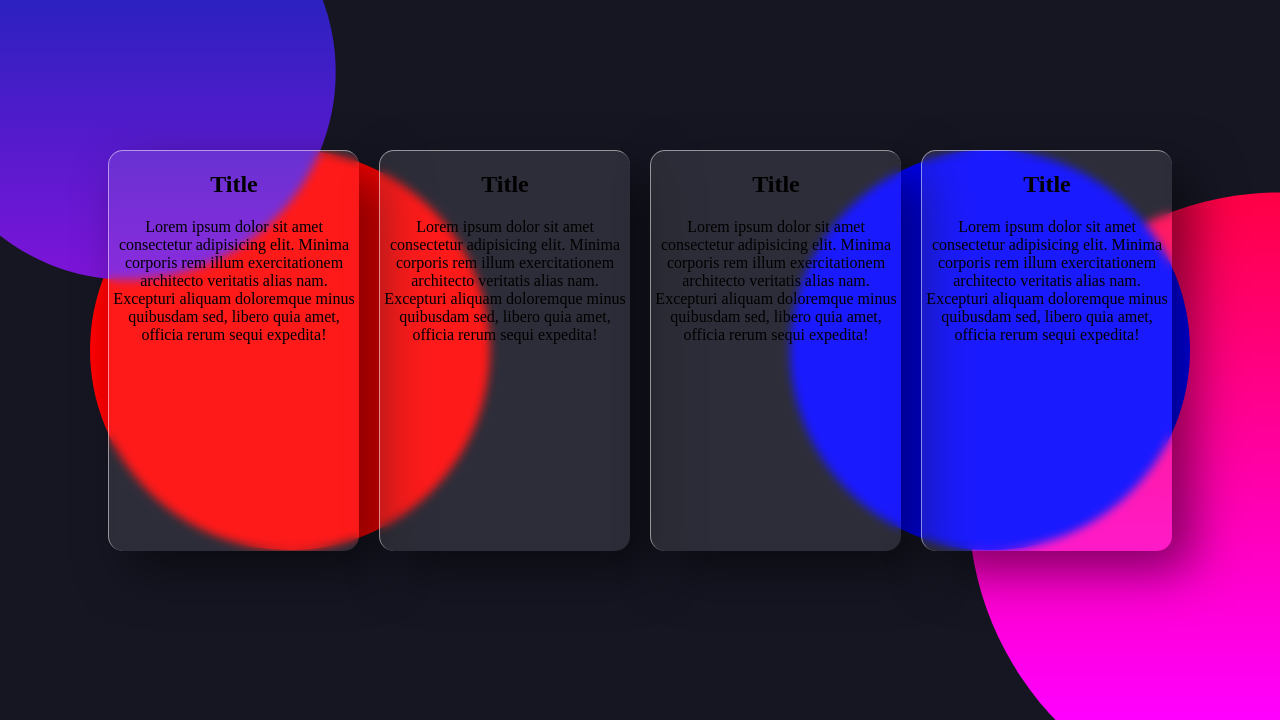
Repository: dovanluyen1996/Test-Git-PR
Page: index.html
These files come from the project's save history. The page is drawn as it stood at one moment and after the next save; the edit follows.
The browser window is 1280 px wide. The pictures show the whole page.

Above is the page before, as saved 2021-09-07 00:02:18.

### index.html
<!DOCTYPE html>
<html lang="en">
  <head>
    <meta charset="UTF-8" />
    <meta http-equiv="X-UA-Compatible" content="IE=edge" />
    <meta name="viewport" content="width=device-width, initial-scale=1.0" />
    <title>TestVsCode</title>
    <link rel="stylesheet" href="css/style.css" />
  </head>

  <body>
    <div class="container">
      <div class="test1"></div>
      <div class="test2"></div>
    </div>
    <div class="center">
      <div class="item-center">
        <h2>Title</h2>
        <p class="text">
          Lorem ipsum dolor sit amet consectetur adipisicing elit. Minima
          corporis rem illum exercitationem architecto veritatis alias nam.
          Excepturi aliquam doloremque minus quibusdam sed, libero quia amet,
          officia rerum sequi expedita!
        </p>
      </div>
      <div class="item-center">
        <h2>Title</h2>
        <p class="text">
          Lorem ipsum dolor sit amet consectetur adipisicing elit. Minima
          corporis rem illum exercitationem architecto veritatis alias nam.
          Excepturi aliquam doloremque minus quibusdam sed, libero quia amet,
          officia rerum sequi expedita!
        </p>
      </div>
      <div class="item-center">
        <h2>Title</h2>
        <p class="text">
          Lorem ipsum dolor sit amet consectetur adipisicing elit. Minima
          corporis rem illum exercitationem architecto veritatis alias nam.
          Excepturi aliquam doloremque minus quibusdam sed, libero quia amet,
          officia rerum sequi expedita!
        </p>
      </div>
      <div class="item-center">
        <h2>Title</h2>
        <p class="text">
          Lorem ipsum dolor sit amet consectetur adipisicing elit. Minima
          corporis rem illum exercitationem architecto veritatis alias nam.
          Excepturi aliquam doloremque minus quibusdam sed, libero quia amet,
          officia rerum sequi expedita!
        </p>
      </div>
    </div>
  </body>
</html>

### css/style.css
body {
  background: #161623;
}
body::before {
  content: "";
  position: absolute;
  top: 0;
  left: 0;
  width: 100%;
  height: 100%;
  background: linear-gradient(#f00, #f0f);
  clip-path: circle(30% at right 70%);
}
body::after {
  content: "";
  position: absolute;
  top: 0;
  left: 0;
  width: 100%;
  height: 100%;
  background: linear-gradient(rgb(44, 33, 192), #f0f);
  clip-path: circle(20% at 10% 10%);
}
.container {
  width: 1100px;
  margin: 0 auto;
  position: relative;
}
.test1 {
  width: 400px;
  height: 400px;
  background-color: red;
  border-radius: 50%;
  position: absolute;
}
.test2 {
  width: 400px;
  height: 400px;
  background-color: blue;
  border-radius: 50%;
  position: absolute;
  right: 0;
}
.item-center {
  overflow: hidden;
  width: 250px;
  height: 400px;
  text-align: center;
  border-radius: 15px;
  border-top: 1px solid rgba(255, 255, 255, 0.5);
  border-left: 1px solid rgba(255, 255, 255, 0.5);
  box-shadow: 20px 20px 50px rgba(0, 0, 0, 0.5);
  background: rgba(255, 255, 255, 0.1);
  backdrop-filter: blur(5px);
}
.center {
  margin-top: 150px;
  position: relative;
  z-index: 999;
  display: flex;
  column-gap: 20px;
  justify-content: center;
  align-items: center;
}

After the next save:
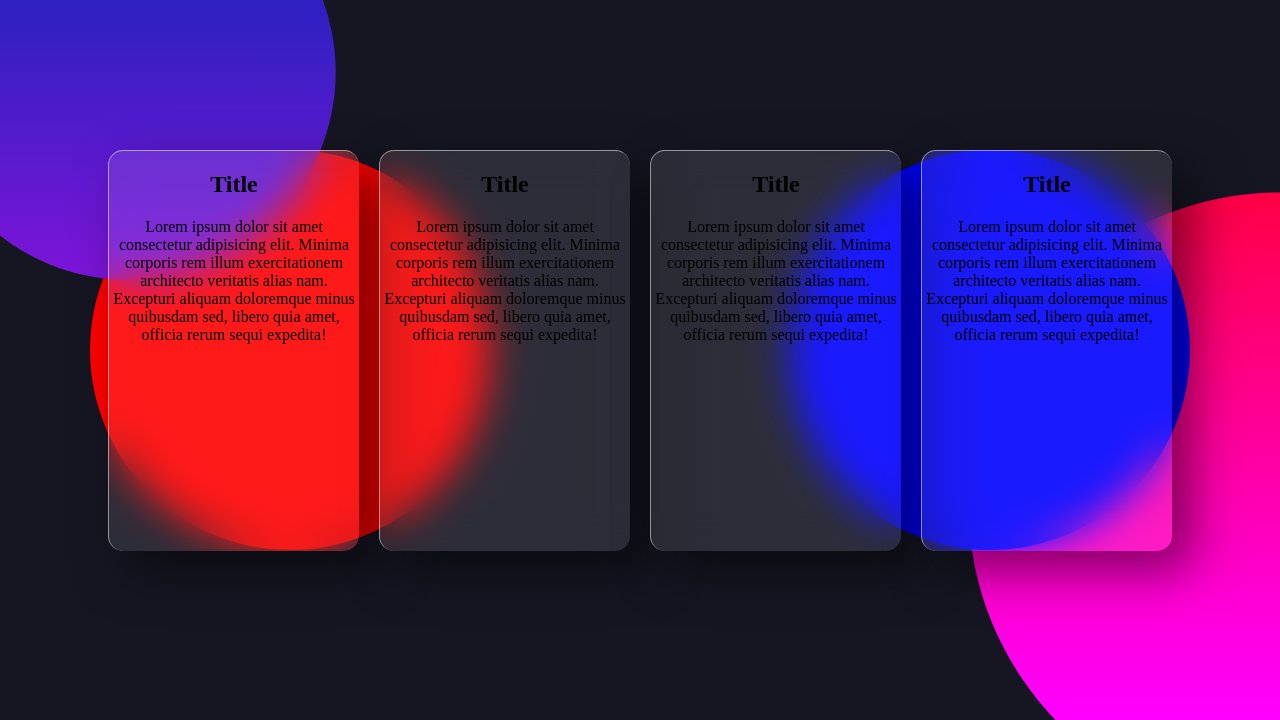
Saved 10 s later.
--- a/css/style.css
+++ b/css/style.css
@@ -51,7 +51,7 @@
   border-left: 1px solid rgba(255, 255, 255, 0.5);
   box-shadow: 20px 20px 50px rgba(0, 0, 0, 0.5);
   background: rgba(255, 255, 255, 0.1);
-  backdrop-filter: blur(5px);
+  backdrop-filter: blur(20px);
 }
 .center {
   margin-top: 150px;

After the save that followed:
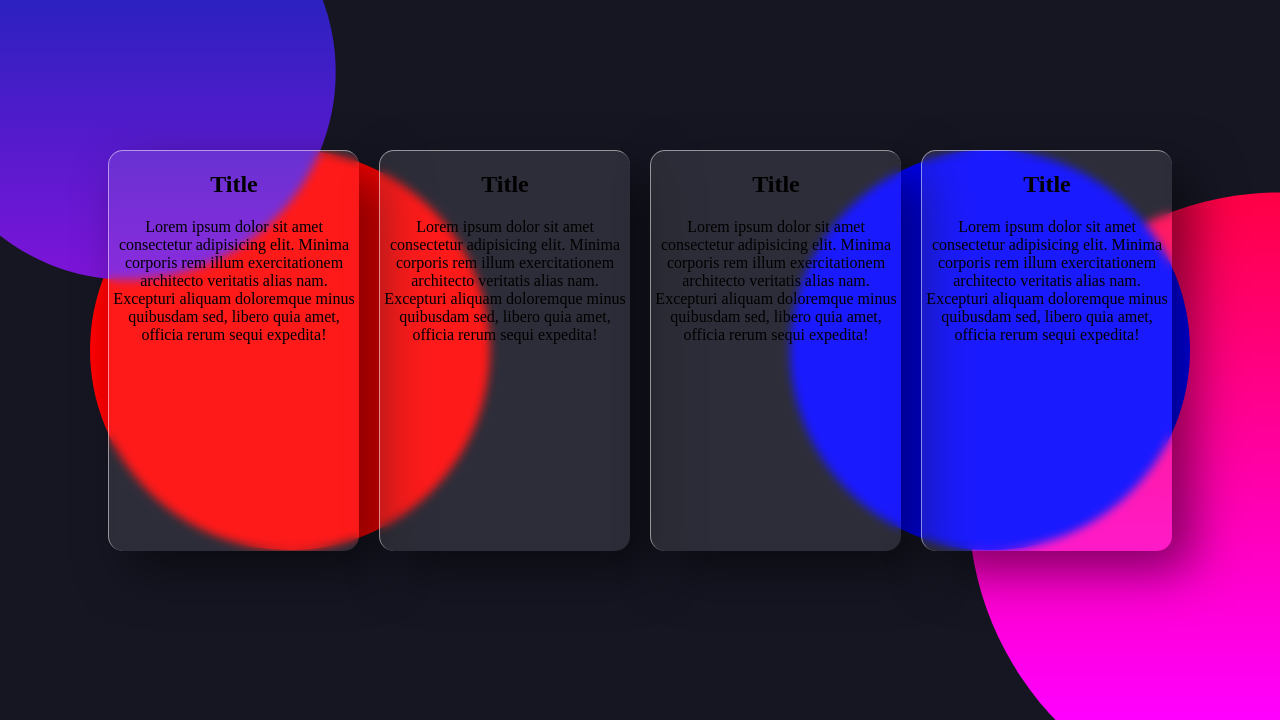
Saved 7 s later.
--- a/css/style.css
+++ b/css/style.css
@@ -51,7 +51,7 @@
   border-left: 1px solid rgba(255, 255, 255, 0.5);
   box-shadow: 20px 20px 50px rgba(0, 0, 0, 0.5);
   background: rgba(255, 255, 255, 0.1);
-  backdrop-filter: blur(20px);
+  backdrop-filter: blur(5px);
 }
 .center {
   margin-top: 150px;
